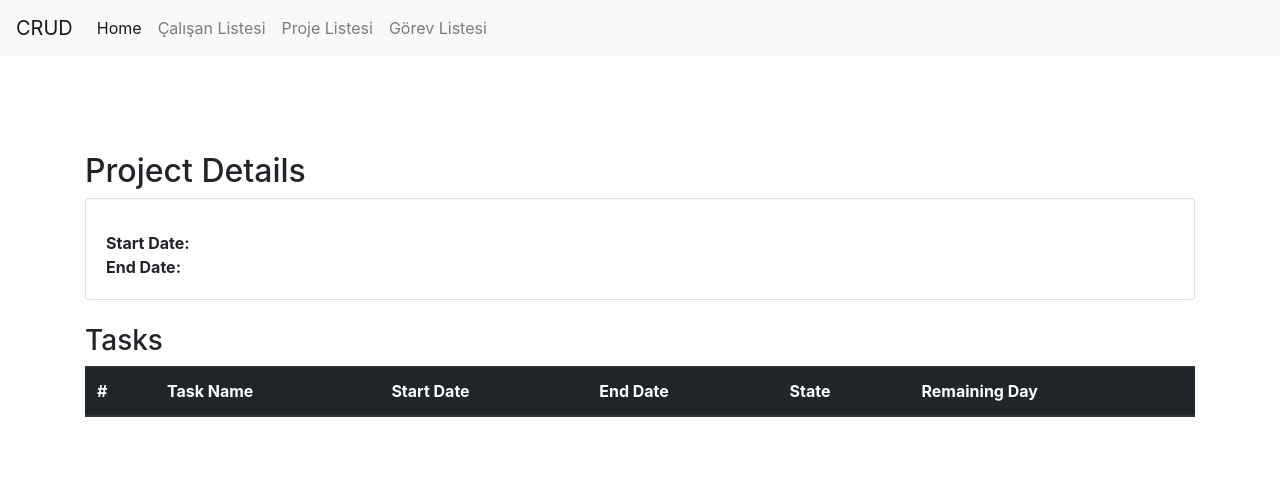
Repository: AhmetOzgul/veri_Taban-_proje
Page: http://localhost/project-detail
These files come from the project's save history. The page is drawn as it stood at one moment and after the next save; the edit follows.
The browser window is 1280 px wide. The pictures show the whole page.
The page is this project's Thymeleaf template; nobody is signed in. The template is opened directly, without the code that normally fills it, so the values that code supplies are empty.

Above is the page before, as saved 2024-01-17 20:50:26.

### vtys2/vtys/src/main/resources/templates/project-detail.html
<!DOCTYPE html>
<html xmlns:th="http://www.thymeleaf.org">
<head>
    <meta charset="UTF-8">
    <title>Project Details</title>
    <link rel="stylesheet" href="https://cdn.jsdelivr.net/npm/bootstrap@4.0.0/dist/css/bootstrap.min.css" integrity="sha384-Gn5384xqQ1aoWXA+058RXPxPg6fy4IWvTNh0E263XmFcJlSAwiGgFAW/dAiS6JXm" crossorigin="anonymous">
</head>
<body>
    <nav class="navbar navbar-expand-lg navbar-light bg-light">
		<a class="navbar-brand" href="#">CRUD</a>
		<button class="navbar-toggler" type="button" data-toggle="collapse" data-target="#navbarNav" aria-controls="navbarNav" aria-expanded="false" aria-label="Toggle navigation">
		  <span class="navbar-toggler-icon"></span>
		</button>
		<div class="collapse navbar-collapse" id="navbarNav">
		  <ul class="navbar-nav">
			<li class="nav-item active">
			  <a class="nav-link" href="/">Home<span class="sr-only">(current)</span></a>
			</li>
			<li class="nav-item">
			  <a class="nav-link" href="/users">Çalışan Listesi</a>
			</li>
			<li class="nav-item">
				<a class="nav-link" href="/projects">Proje Listesi</a>
			  </li>
			<li class="nav-item">
				<a class="nav-link" href="/tasks">Görev Listesi</a>
			  </li>
		  </ul>
		</div>
	  </nav>
	  <br>
	</br>
<div class="container mt-5">
    <h2>Project Details</h2>

    <div class="card">
        <div class="card-body">
            <h5 class="card-title" th:text="${project.projectName}"></h5>
            <p class="card-text">
                <strong>Start Date:</strong> <span th:text="${project.startDate}"></span><br>
                <strong>End Date:</strong> <span th:text="${project.endDate}"></span>
            </p>
        </div>
    </div>

    <h3 class="mt-4">Tasks</h3>

    <table class="table table-striped">
        <thead class="thead-dark">
            <tr>
                <th scope="col">#</th>
                <th scope="col">Task Name</th>
                <th scope="col">Start Date</th>
                <th scope="col">End Date</th>
                <th scope="col">State</th>
                <th scope="col">Remaining Day</th>

            </tr>
        </thead>
        <tbody>
        <tr th:each="task, iterStat : ${project.tasks}">
            <th scope="row" th:text="${iterStat.count}"></th>
            <td th:text="${task.taskName}"></td>
            <td th:text="${task.startDate}"></td>
            <td th:text="${task.endDate}"></td>
            <td th:text="${task.state}"></td>
			<td th:text="${task.remainingDays}"></td>

        </tr>
        </tbody>
    </table>

</div>

</body>
</html>

After the next save:
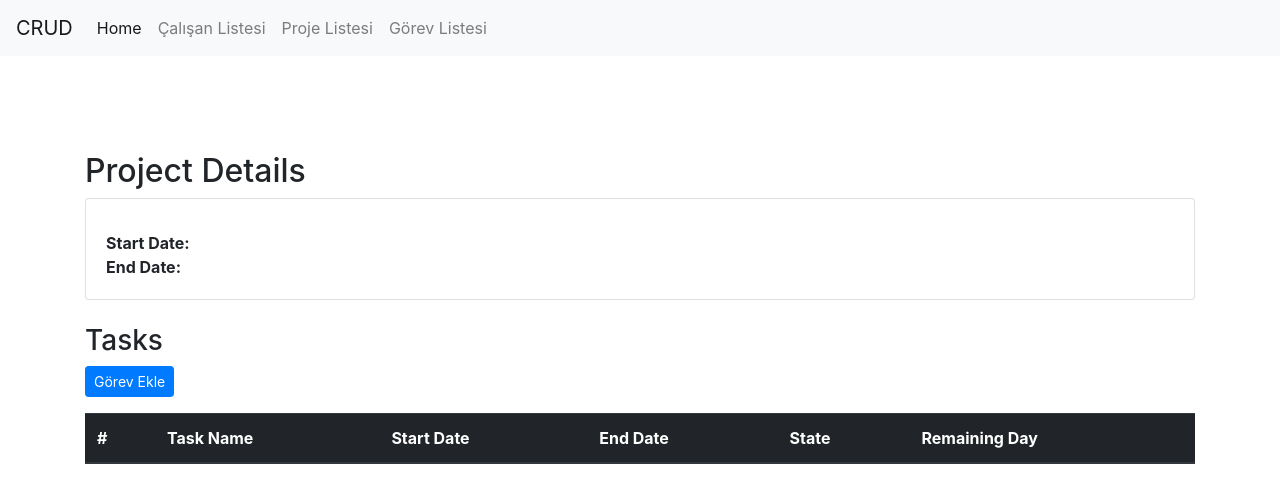
Saved 5 min 13 s later.
--- a/vtys2/vtys/src/main/resources/templates/project-detail.html
+++ b/vtys2/vtys/src/main/resources/templates/project-detail.html
@@ -44,6 +44,7 @@
     </div>
 
     <h3 class="mt-4">Tasks</h3>
+			<a th:href = "@{/tasks/add}" class="btn btn-primary btn-sm mb-3">Görev Ekle</a>
 
     <table class="table table-striped">
         <thead class="thead-dark">
